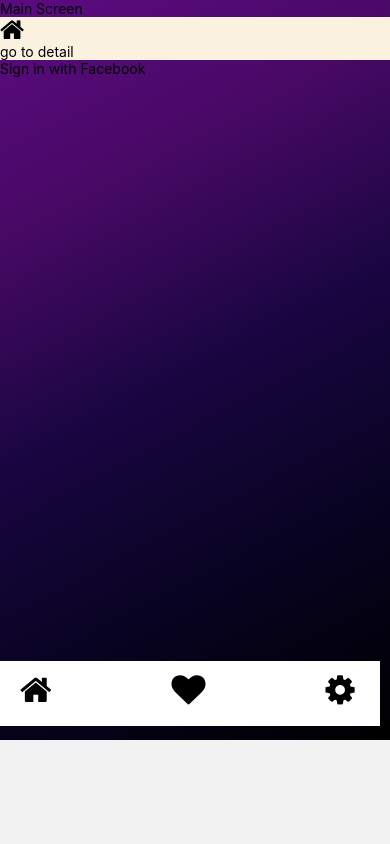
Repository: eyebone/barManager
Screen: /Main
An editor plug-in stored every save of this project. The screen is shown before and after the next save, followed by the edit.
The app was drawn by React Native's web renderer in a window 390 px wide. The project was rebuilt for these pictures with package versions that can differ from the ones it lists, and the page was loaded fresh each time. Also part of the build but not shown: components/EmojiPicker.js, components/Button.js, components/ImageViewer.js, components/circleButton.js, components/IconButton.js, view/ViewOne.js, view/Sign.js.

Above is the screen before, as saved 2023-06-27 09:06:33.

### App.js
// In App.js in a new project

import * as React from "react";
import { Button, View, Text, StyleSheet, Pressable, Alert } from "react-native";
// import React-native from 'react-native';
import { NavigationContainer } from "@react-navigation/native";
import { createNativeStackNavigator } from "@react-navigation/native-stack";
import { ViewOne } from "./view/ViewOne";
import { SignView } from "./view/Sign";
import { LinearGradient } from "expo-linear-gradient";
import FontAwesome from "react-native-vector-icons/FontAwesome";
import { MainView } from "./view/Main";
import { NavigationBar } from "./components/NavigationBar";
function HomeScreen({ navigation }) {
  return (
    <View style={styles.container}>
      <LinearGradient
        start={{ x: 0, y: 0 }}
        end={{ x: 1, y: 1 }}
        colors={["#5c0b82", "#480965", "#190641", "#070320", "#000000"]}
        style={styles.linearGradient}
      >
        <Text>Home Screen</Text>
        <Pressable
          style={(styles.button, { backgroundColor: "#faf2de" })}
          onPress={() => navigation.push("test")}
        >
          <FontAwesome name="home" size={26} style={{ paddingRight: 8 }} />
          <Text>go to detail</Text>
        </Pressable>

        <Button
          title="Go to Sign"
          onPress={() => navigation.navigate("sign")}
        />
        <Text style={styles.buttonText}>Sign in with Facebook</Text>
      </LinearGradient>
    </View>
  );
}

const Stack = createNativeStackNavigator();

function App() {
  return (
    <NavigationContainer style={styles.container}>
      <Stack.Navigator initialRouteName="Home">
        <Stack.Screen
          name="Home"
          component={HomeScreen}
          // options={{ title: "Overview", backgroundColor: "transparent" }}
          options={{ headerShown: false }}
        />

        <Stack.Screen name="test" component={ViewOne} />
        <Stack.Screen
          name="sign"
          component={SignView}
          options={{ headerShown: false }}
        />
        <Stack.Screen
          name="Main"
          component={MainView}
          options={{ headerShown: false }}
        />
      </Stack.Navigator>
    </NavigationContainer>
  );
}

export default App;

const styles = StyleSheet.create({
  container: {
    flex: 1,
    flexDirection: "column",
    backgroundColor: "#000000",
    //    alignItems: 'center',
  },
  linearGradient: {
    height: 740,
  },
  button: {
    borderRadius: 10,
    width: 300,
    height: 30,
    alignItems: "center",
    justifyContent: "center",
    flexDirection: "row",
  },
});

### view/Main.js
// 这是主界面

import { useState } from "react";
import { StatusBar } from "expo-status-bar";
import { StyleSheet, View } from "react-native";
import * as ImagePicker from "expo-image-picker";
import EmojiPicker from "../components/EmojiPicker";
import Button from "../components/Button";
import ImageViewer from "../components/ImageViewer";
import CircleButton from "../components/circleButton";
import IconButton from "../components/IconButton";
import { NavigationContainer } from "@react-navigation/native";
import { createNativeStackNavigator } from "@react-navigation/native-stack";
import { Text, Pressable } from "react-native";
import { NavigationBar } from "../components/NavigationBar";
import { LinearGradient } from "expo-linear-gradient";
import FontAwesome from "react-native-vector-icons/FontAwesome";

export function MainView({ navigation }) {
  return (
    <LinearGradient
      start={{ x: 0, y: 0 }}
      end={{ x: 1, y: 1 }}
      colors={["#5c0b82", "#480965", "#190641", "#070320", "#000000"]}
      style={styles.linearGradient}
    >
      <Text>Main Screen</Text>
      <Pressable
        style={(styles.button, { backgroundColor: "#faf2de" })}

      >
        <FontAwesome name="home" size={26} style={{ paddingRight: 8 }} />
        <Text>go to detail</Text>
      </Pressable>


      <Text style={styles.buttonText}>Sign in with Facebook</Text>
      <NavigationBar />
    </LinearGradient>
  );
}

const styles = StyleSheet.create({
  container: {
    flex: 1,
    flexDirection: "column",
    backgroundColor: "#000000",
    //    alignItems: 'center',
  },
  linearGradient: {
    height: 740,
  },
  button: {
    borderRadius: 10,
    width: 300,
    height: 30,
    alignItems: "center",
    justifyContent: "center",
    flexDirection: "row",
  },
});

### components/NavigationBar.js
//这是底部导航栏
import { StatusBar } from "expo-status-bar";
import { StyleSheet, View, Text } from "react-native";
import Button from "../components/Button";
import ImageViewer from "../components/ImageViewer";
import * as ImagePicker from "expo-image-picker";
import { useState } from "react";
const PlaceholderImage = require("../assets/images/background-image.png");
import * as React from "react";
import FontAwesome from "react-native-vector-icons/FontAwesome";
import {
  FlatList,
  Image,
  Platform,
  Pressable,
  PixelRatio,
  TextInput,
  Alert,
} from "react-native";
import { NavigationContainer } from "@react-navigation/native";
import { createNativeStackNavigator } from "@react-navigation/native-stack";
import { LinearGradient } from "expo-linear-gradient";
import CircleButton from "./circleButton";
export function NavigationBar({ navigation }) {
  return (
    <View style={styles.bar}>
      <Pressable
        style={{ marginLeft: 20, marginTop: 12 }}
        onPress={() => navigation.push("Home")}
      >
        <FontAwesome name="home" size={34}></FontAwesome>
      </Pressable>
      <Pressable>
        <FontAwesome
          name="heart"
          size={34}
          style={{ marginLeft: 120, marginTop: 12 }}
        ></FontAwesome>
      </Pressable>
      {/* <CircleButton /> */}
      <Pressable>
        <FontAwesome
          name="cog"
          size={34}
          style={{ marginLeft: 120, marginTop: 12 }}
        ></FontAwesome>
      </Pressable>
    </View>
  );
}

const styles = StyleSheet.create({
  bar: {
    width: 380,
    height: 65,
    backgroundColor: "#fff",
    marginTop: 584,
    flexDirection: "row",
  },
});

After the next save:
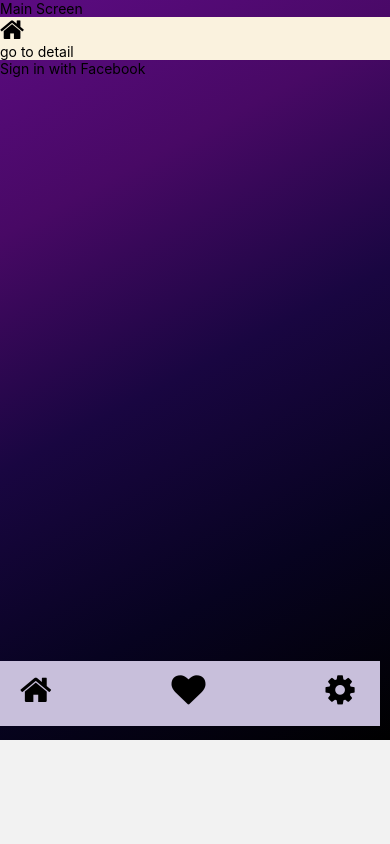
Saved 58 s later.
--- a/components/NavigationBar.js
+++ b/components/NavigationBar.js
@@ -53,7 +53,7 @@ const styles = StyleSheet.create({
   bar: {
     width: 380,
     height: 65,
-    backgroundColor: "#fff",
+    backgroundColor: "#C8BFDB",
     marginTop: 584,
     flexDirection: "row",
   },
